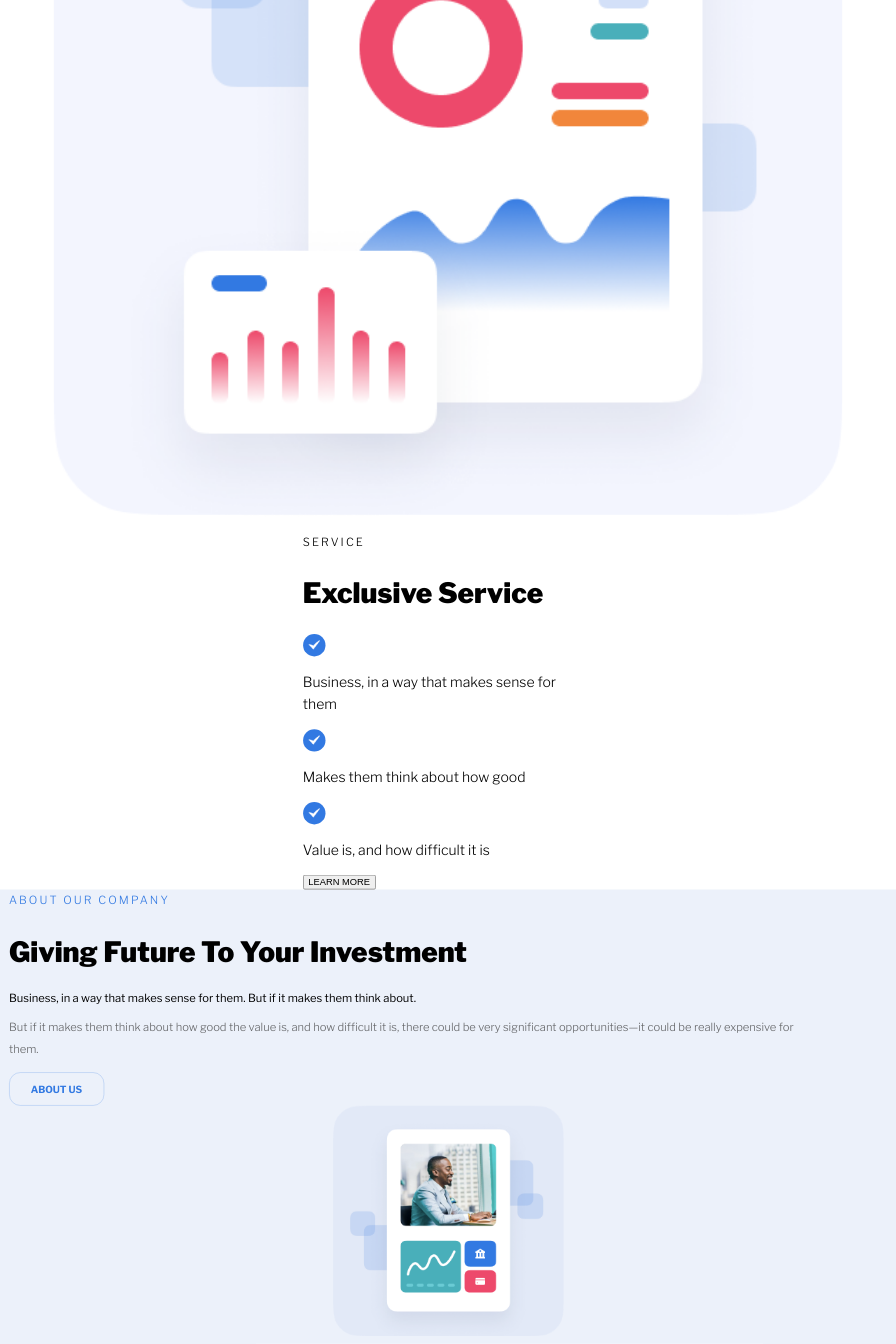
Repository: adryelfelipe/frontend-prova
Page: prova-figma/Prova/index.html
These files come from the project's save history. The page is drawn as it stood at one moment and after the next save; the edit follows.
The browser window is 1280 px wide. The pictures show the part of the page from y = 2034 to 3954 px (the page is 3954 px tall), at 70% of full size.

Above is the page before, as saved 2026-06-22 19:21:43.

### prova-figma/Prova/index.html
<!DOCTYPE html>
<html lang="en">
<head>
    <meta charset="UTF-8">
    <meta name="viewport" content="width=device-width, initial-scale=1.0">
    <link rel="stylesheet" href="style/variaveis.css">
    <link rel="stylesheet" href="./style/style.css">
    <title>Document</title>
</head>
<body>
    <header>
        <h2>MNY</h2>

        <nav>
            <p>About</p>
            <p>Features</p>
            <p>Services</p>
            <p>Pricing</p>
            <p>Blog</p>
        </nav>

        <button>CONTACT</button>

        <img src="./assets/icon/hamburguer.svg" alt="">
    </header>
    <main>
        <section class="hero">
            <article class="hero-first-article">
                <h3 class="subtitle-base hero-subtitle">MAKE MONEY</h3>
                <h1 class="title-base hero-title">Grow Your Money Like Never Before</h1>
                <p class="paragraph hero-paragraph">Business, in a way that makes sense for them. But if it makes them think about how good the value.</p>
                <button class="hero-button">GET STARTED</button>
            </article>
            <article class="hero-second-article">
                <!-- <img class src="assets/img/homem-terno.png" alt=""> -->
            </article>
        </section>

        <section class="service">
            <div class="service-container">
                <article class="service-card">
                    <div class="bg-icon-fly">
                        <img src="./assets/icon/icon1-fly-section2.svg" class="icon-fly" alt="">
                    </div>

                    <h3 class="subtitle-tertiary">Strong Security</h3>
                    <p class="paragraph">Way that makes sense for them. But if it makes them think about how good the value is, and how difficult it is.</p>
                </article>

                <article class="service-card">
                    <div class="bg-icon-backpack">
                        <img src="./assets/icon/icon2-backpack-section2.png" class="icon-backpack" alt="">
                    </div>

                    <h3 class="subtitle-tertiary">Creative Solutions</h3>
                    <p class="paragraph">But if it makes them think about how good the value is, and how difficult it is, there could be very significant.</p>
                </article>

                <article class="service-card">
                    <div class="bg-icon-rocket">
                        <img src="./assets/icon/icon3-rocket-section2.png" class="icon-rocket" alt="">
                    </div>

                    <h3 class="subtitle-tertiary">Free Online</h3>
                    <p class="paragraph">Good the value is, and how difficult it is, there could be very significant opportunities.</p>
                </article>
            </div>

            <div class="service-container-line">

            </div>

            <img src="./assets/img/infos-section2.png" class="service-img" alt="">

            <article>
                <h3 class="subtitle-base">SERVICE</h3>
                <h2 class="subtitle-secondary">Exclusive Service</h2>

                <div class="service-subcard">
                    <div class="bg-icon-correct">
                        <img src="./assets/icon/correct-icon-section2.png" class="icon-correct" alt="">
                    </div>

                    <p class="paragraph-base">Business, in a way that makes sense for them</p>
                </div>

                <div class="service-subcard">
                    <div class="bg-icon-correct">
                        <img src="./assets/icon/correct-icon-section2.png" class="icon-correct" alt="">
                    </div>

                    <p class="paragraph-base">Makes them think about how good</p>
                </div>

                <div class="service-subcard">
                    <div class="bg-icon-correct">
                        <img src="./assets/icon/correct-icon-section2.png" class="icon-correct" alt="">
                    </div>

                    <p class="paragraph-base">Value is, and how difficult it is</p>
                </div>

                <button>LEARN MORE</button>
            </article>
        </section>
        <section class="our-company">
            <article class="company-first-article">
                <h3 class="subtitle-base company-subtitle">ABOUT OUR COMPANY</h3>
                <h2 class="subtitle-secondary">Giving Future To Your Investment</h2>
                <p class="company-paragraph">Business, in a way that makes sense for them. But if it makes them think about.</p>
                <p class="paragraph company-paragraph-second">But if it makes them think about how good the value is, and how difficult it is, there could be very significant opportunities—it could be really expensive for them.</p>
                <button class="company-button">ABOUT US</button>
            </article>
            <article class="company-second-article">
                <img src="assets/img/our-company.png" alt="">
            </article>
        </section>
    </main>
</body>
</html>

### prova-figma/Prova/style/variaveis.css
@import url('https://fonts.googleapis.com/css2?family=Libre+Franklin:ital,wght@0,100..900;1,100..900&display=swap');

:root {
    --primary-color: #FFFFFF;
    --header-icon-border-color: rgba(255, 255, 255, 0.3);
    --bg-color: rgba(50, 121, 226, 1);

    --subtitle: rgba(170, 196, 234, 1);

    --normal-line: rgba(213, 214, 225, 1);

    /*Icons Session 2*/
    --bg-icon-fly: rgba(230, 247, 248, 1);
    --bg-icon-backpack: rgba(252, 237, 240, 1);
    --bg-icon-rocket: rgba(253, 243, 230, 1);
    --bg-icon-correct: rgba(50, 121, 226, 1);

    --icon-fly-color: rgba(73, 175, 186, 1);
    --icon-backpack-color: rgba(237, 73, 107, 1);
    --icon-rocket-color: rgba(241, 134, 59, 1);
    --icon-correct-color: rgba(255, 255, 255, 1)
}

.title-base{
    font-family: 'Libre Franklin';
    font-weight: 900;
    font-size: 3.5rem;
    line-height: 64px;
    letter-spacing: -1px;
}

.subtitle-base{
    margin: 0;
    font-family: 'Libre Franklin';
    font-weight: 300;
    font-size: 1rem;
    line-height: 32px;
    letter-spacing: 3px;
    text-transform: uppercase;
}

.subtitle-secondary{
    font-family: 'Libre Franklin';
    font-weight: 900;
    font-size: 2.5rem;
    line-height: 48px;
    letter-spacing: 0px;
}

.subtitle-tertiary{
    font-family: Libre Franklin;
    font-weight: 900;
    font-size: 24px;
    line-height: 32px;
    letter-spacing: 0px;
}

.paragraph{
    font-family: 'Libre Franklin';
    font-weight: 300;
    font-size: 1rem;
    line-height: 32px;
    letter-spacing: 0px;
}

.paragraph-base{
    font-family: Libre Franklin;
    font-weight: 300;
    font-size: 20px;
    line-height: 32px;
    letter-spacing: 0px;
    width: 90%;
}

### prova-figma/Prova/style/style.css
body{
    font-family:"Libre Franklin";
    margin: 0px;
}

/* HEADER */
header{
    display: flex;
    justify-content: space-around;
    align-items: center;
    background-color: var(--bg-color);
}

header nav{
    display: none;
}

header button{
    display: none;
}

header img {
    border: solid 1px var(--header-icon-border-color);
    border-radius: 16px;
}

header h2 {
    color: var(--primary-color);
}


/* SECTION HERO */
.hero{
    background: linear-gradient(135deg, #3279E2 0%, #CACAEB 100%);
    margin-bottom: 80px;
}

.hero-first-article{
    width: 98%;                     /*OBSERVAÇÃO IMPORTANTE EM QUESTÃO          DO POSICIONAMENTO E FIDELIDADE AO FIGMA*/
    justify-self: center;           /*O POSICIONAMENTO FOI ALTERADO POIS, EMBORA A TIPOGRAFIA TENHA SIDO COPIADA EXTRITAMENTE SEMLHANTE AO FIGMA OS TAMANHOS E POSICIONAMENTOS DA TELA NA RESOLUÇÃO MÍNIMA INDICADA NÃO DARIAM CERTO*/
}

.hero-subtitle{
    color: var(--subtitle);
}

.hero-title{
    color: var(--primary-color);
}

.hero-paragraph{
    color: rgba(255, 255, 255, 0.5);
}

.hero-button{
    background-color: rgba(17, 17, 17, 1);
    color: var(--primary-color);
    padding: 16px 30px;
    font-family: Libre Franklin;
    font-weight: 700;
    font-size: 14px;
    line-height: 100%;
    letter-spacing: 0px;
    text-align: center;
    text-transform: uppercase;
    border: none;
    border-radius: 16px;
}

/* .hero-second-article{
    width: 405px;
    height: 80%;
}

.image{
    object-fit: cover;

} */

/* SECTION SERVICE */
.service {
    display: flex;
    flex-direction: column;
    align-items: center;
}

.service-container {
    display: flex;
    flex-direction: column;
    gap: 64px;
}

.service-container-line {
    height: 1px;
    background-color: var(--normal-line);
    width: 85vw;
    justify-self: center;
    margin-top: 80px;
    margin-bottom: 95px;
}

.service-img {
    justify-self: center;
    width: 88vw;
    height: 88vw;
}

.service-card {
    display: flex;
    flex-direction: column;
}

.service-card p {
    width: 306px;
}

.bg-icon-fly {
    display: flex;
    justify-content: center;
    align-items: center;
    border-radius: 100px;
    width: 6rem;
    height: 6rem;
    background-color: var(--bg-icon-fly)
}

.icon-fly {
    height: 2rem;
    width: 3rem;
}

.bg-icon-backpack {
    display: flex;
    justify-content: center;
    align-items: center;
    border-radius: 100px;
    width: 6rem;
    height: 6rem;
    background-color: var(--bg-icon-backpack)
}

.icon-backpack {
    height: 2,5rem;
    width: 3rem;
}

.bg-icon-rocket {
    display: flex;
    justify-content: center;
    align-items: center;
    border-radius: 100px;
    width: 6rem;
    height: 6rem;
    background-color: var(--bg-icon-rocket)
}

.icon-rocket {
    height: 3rem;
    width: 3rem;
}

.bg-icon-correct {
    display: flex;
    justify-content: center;
    align-items: center;
    border-radius: 100px;
    width: 2rem;
    height: 2rem;
    background-color: var(--bg-icon-correct)
}

.icon-correct {
    width: 1rem;
    height: 0,8rem;
    color: var(--icon-correct-color);
}

/* SECTION OUR COMPANY */

.our-company{
    background-color: rgba(236, 241, 250, 1);
}

.company-subtitle{
    color: rgba(50, 121, 226, 1);
}

.company-paragraph{

}

.company-button{
    background-color: transparent;
    color: rgba(50, 121, 226, 1);
    padding: 16px 30px;
    font-family: Libre Franklin;
    font-weight: 700;
    font-size: 14px;
    line-height: 100%;
    letter-spacing: 0px;
    text-align: center;
    text-transform: uppercase;
    border: 1px solid rgba(50, 121, 226, 0.3);
    border-radius: 16px;
}

.company-paragraph-second{
    color: rgba(51, 51, 51, 0.75);
    width: 90%;
}

.company-first-article{
    width: 98%;
    justify-self: center;
}

.company-second-article{
    justify-self: center;
}

After the next save:
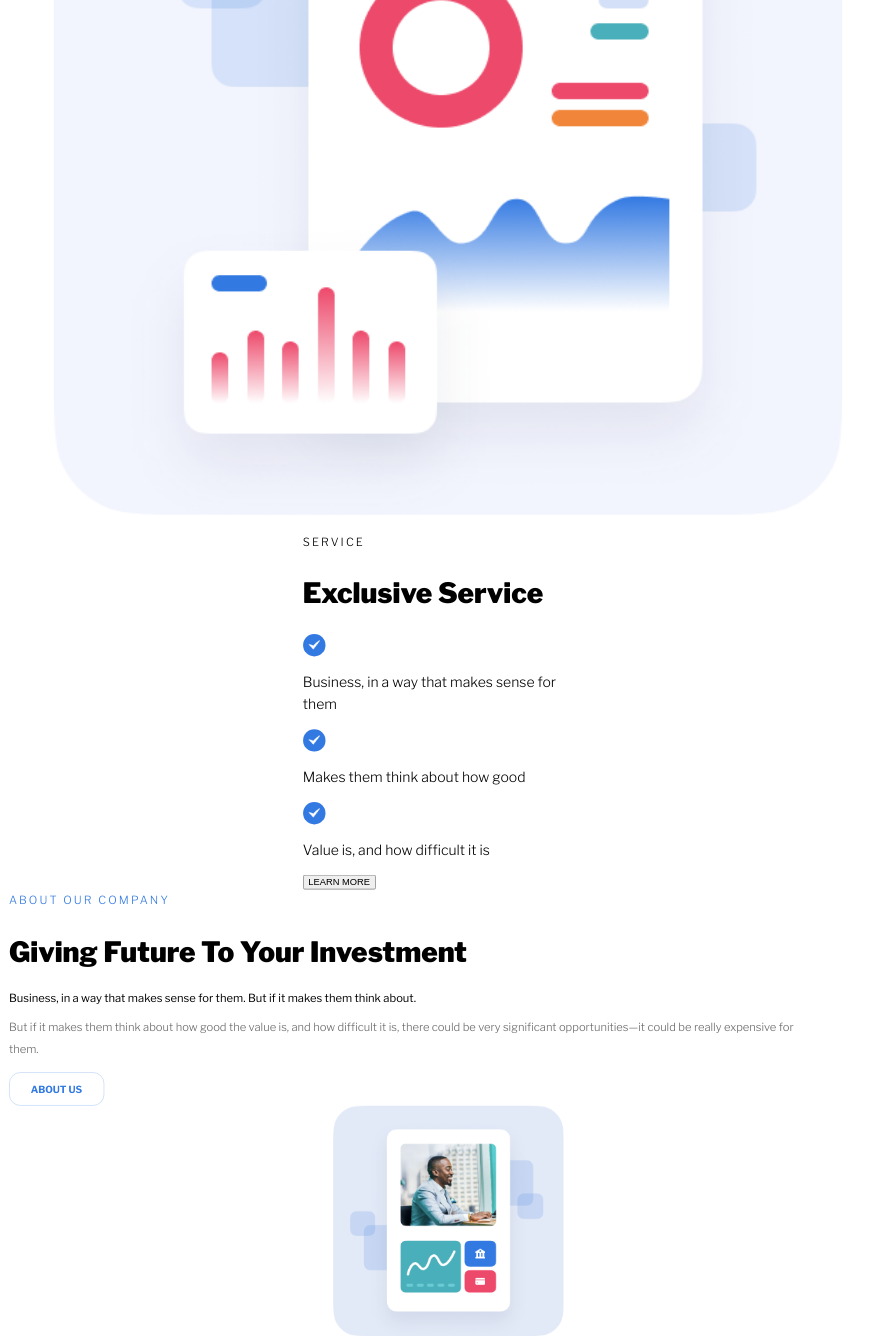
Saved 55 s later.
--- a/prova-figma/Prova/style/style.css
+++ b/prova-figma/Prova/style/style.css
@@ -175,6 +175,8 @@ header h2 {
     color: var(--icon-correct-color);
 }
 
+class="service-subcard"
+
 /* SECTION OUR COMPANY */
 
 .our-company{
